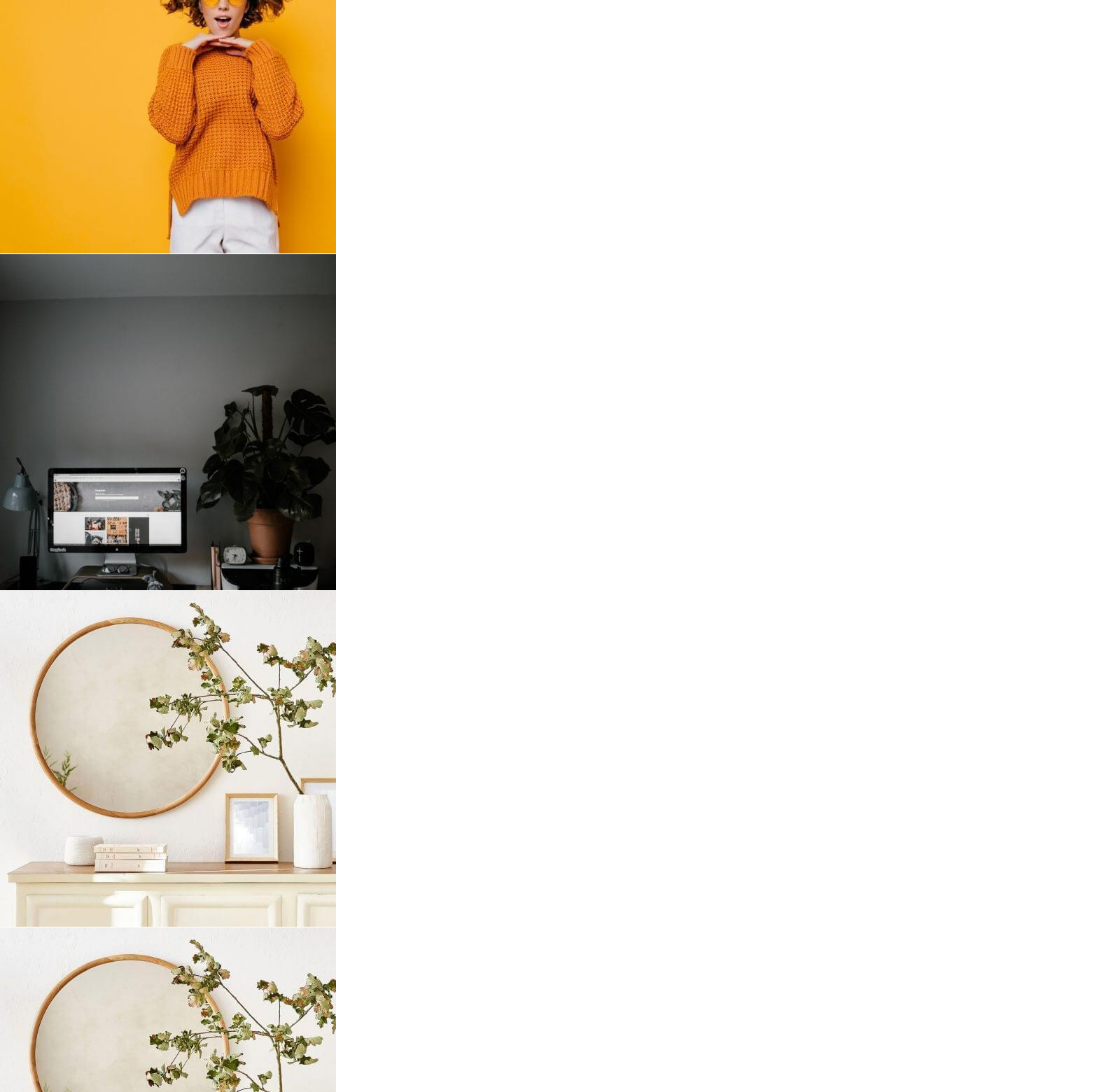
Repository: tudo1611/BC44_HTML5-CSS3_B6_MAIPALY_DO-TRUNG-TU
Page: index.html
These files come from the project's save history. The page is drawn as it stood at one moment and after a run of saves; the edit follows.
The browser window is 1280 px wide. The page is 1600 px wide, so the pictures cover 1600 px, including what lies to the right of the window. The pictures show the part of the page from y = 4940 to 6500 px (the page is 7317 px tall), at 70% of full size.
Some web fonts or font styles are not loaded; a fallback is used.

Above is the page before, as saved 2023-01-26 22:14:55.

After the next 2 saves:
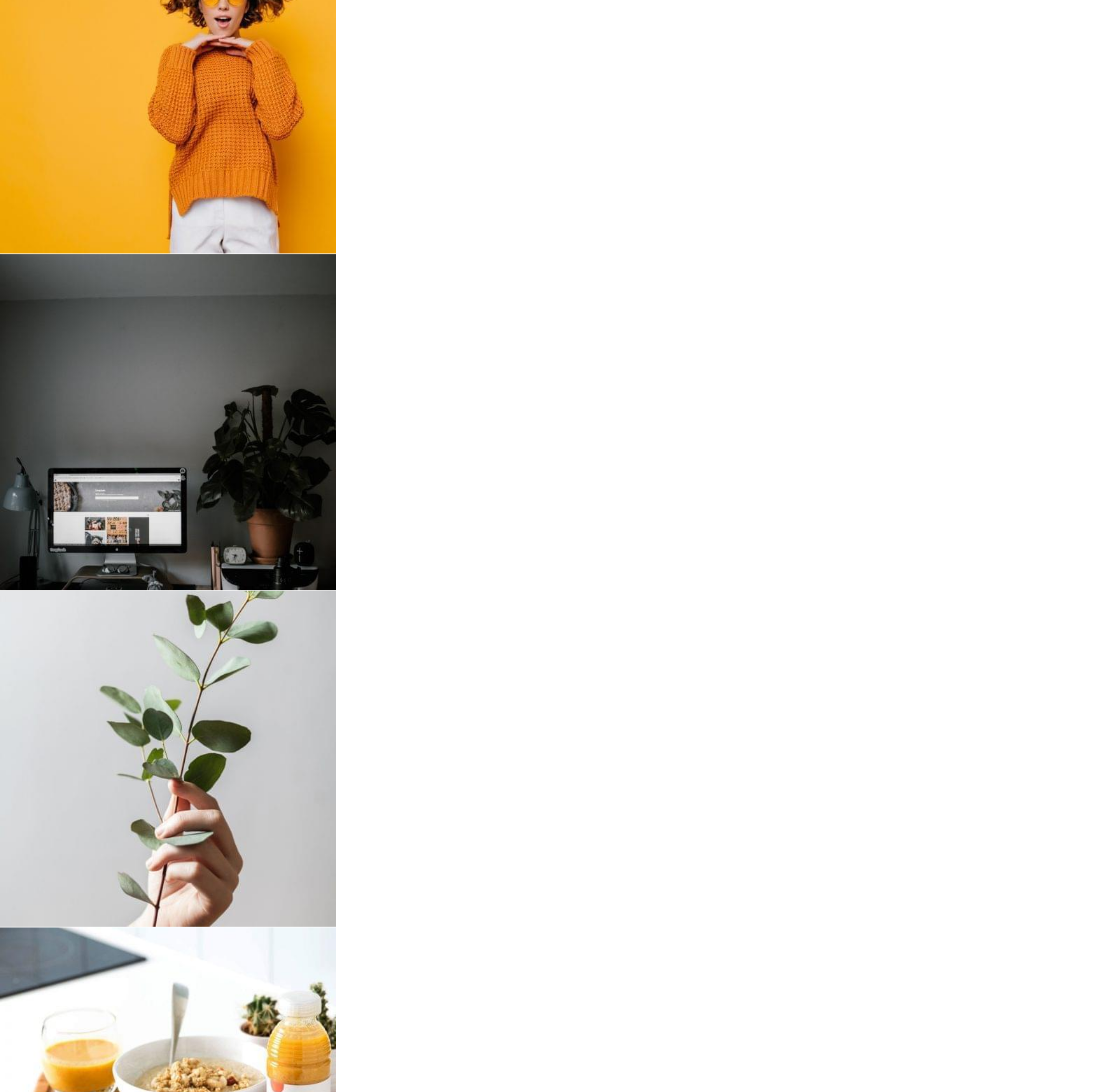
The 2 saves are shown as one change because they came seconds apart.
The last was saved 9 s later.
--- a/index.html
+++ b/index.html
@@ -140,10 +140,10 @@
         <img src="./img/grid-metro-7.jpg" alt="">
       </div>
        <div class="blogs__item">
-        <img src="./img/grid-metro-2.jpg" alt="">
+        <img src="./img/grid-metro-8.jpg" alt="">
       </div>
        <div class="blogs__item">
-        <img src="./img/grid-metro-2.jpg" alt="">
+        <img src="./img/grid-metro-9.jpg" alt="">
       </div>
        <div class="blogs__item">
         <img src="./img/grid-metro-2.jpg" alt="">
